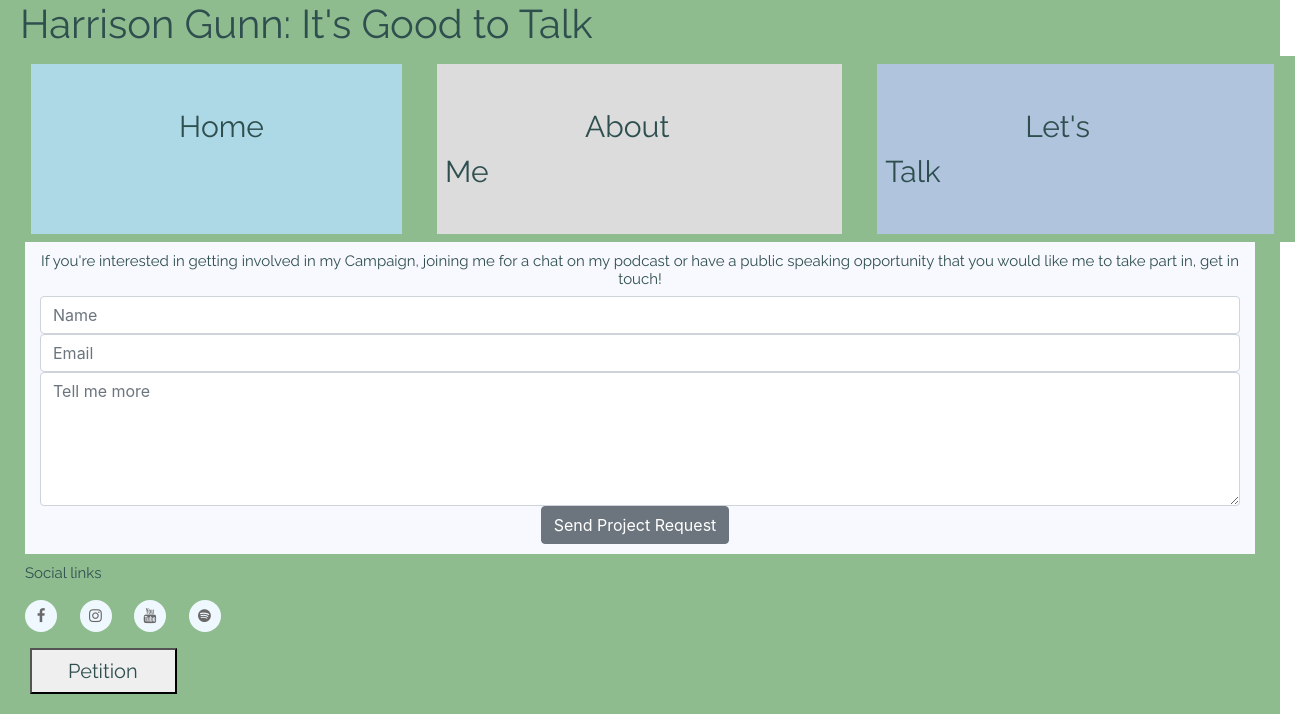
Repository: Leannald13/mile-stone-project-html
Page: contact.html
The author's editor kept a record of every edit. The page is drawn from the files as they stood at one moment, then again after the next edit.
The browser window is 1280 px wide. The page is 1295 px wide, so the pictures cover 1295 px, including what lies to the right of the window. The pictures show the part of the page from y = 500 to 1219 px (the page is 1214 px tall before and 1219 px after).

Above is the page before.

### contact.html
<!DOCTYPE html>
<html lang="en">

<head>
    <meta charset="UTF-8">
    <meta name="viewport" content="width=device-width, initial-scale=1.0">
    <meta http-equiv="X-UA-Compatible" content="ie=edge">
    <link rel="stylesheet" href="https://stackpath.bootstrapcdn.com/bootstrap/4.3.1/css/bootstrap.min.css" type="text/css" />
    <link rel="stylesheet" href="https://cdnjs.cloudflare.com/ajax/libs/hover.css/2.3.1/css/hover-min.css" type="text/css" />
    <link rel="stylesheet" href="https://stackpath.bootstrapcdn.com/font-awesome/4.7.0/css/font-awesome.min.css" type="text/css" />
    <link rel="stylesheet" href="assets/css/style.css" type="text/css" />
    <title>Harrison</title>
</head>

<body>
    <header>
        <div class="row">
            <a href="index.html" class="col-md-12 logo">

            </a>
        </div>

        <div class="container-fluid">
            <div class="row">
                <div class="col-sm-12">
                    <div class="row no-gutters bg-color-name">
                        <div class="col heading">
                            <h1 class="name">Harrison Gunn: It's Good to Talk</h1>
                        </div>
                    </div>
                </div>
                    <nav class="navbar navbar-expand-lg" class="modal" tabindex="-1" role="dialog" id="SignUpModal">
            <button class="navbar-toggler" type="button" data-toggle="collapse" data-target="#navbarSupportedContent" aria-controls="navbarSupportedContent" aria-expanded="false" aria-label="Toggle navigation">
                    <span class="navbar-toggler-icon"></span>
                  </button>
                     <div class="collapse navbar-collapse" id="navbarSupportedContent">
                        <ul class="navbar-nav mr-auto">
                            <li class="nav-item active ui-menu-color-home">
                                <a class="nav-link" href="index.html" class="hvr-Wobble-Horizontal"><span>Home</span></a>
                            </li>
                            <li class="nav-item active ui-menu-color-about">
                                <a class="nav-link" href="general.html" class="hvr-wobble-horizontal"><span>About Me</span></a>
                            </li>
                            <li class="nav-item active ui-menu-color-comments">
                                <a class="nav-link" href="contact.html" class="hvr-wobble-horizontal"><span>Let's Talk</span></a>
                            </li>
                        </ul>
                    </div
                    </nav>
    </header>
    <section class="container-fluid">
        <div class="row bg-color-contact">
            <div class="col">
                <h5 class="uppercase text-center">If you're interested in getting involved in my Campaign, joining me for a chat on my podcast or have a public speaking opportunity that you would like me to take part in, get in touch!</h5>
                <div class="center-form">
                    <form>
                        <form>
                            <input type="text" name="name" id="fullname" class="form-control" placeholder="Name" required/>
                             <input type="email" name="email" id="emailaddress" class="form-control" placeholder="Email" required/>
                             <textarea rows="5" name="summary" id="summary" class="form-control" placeholder="Tell me more" required></textarea>
                            <div class="form-row text-center">
                                <div class="col">
                                    <button type="submit" class="btn btn-secondary">Send Project Request</button>
                                </div>
                            </div>
                        </form>
                    </form>
                </div>
            </div>
        </div>
    <footer>
        <div class="container-fluid">
            <div class="col sm-12">
                <h5 class="uppercase general-sub">Social links</h5>
                <ul class="list-inline social-links">
                    <li class="list-inline-item">
                        <a target="_blank" href="https://www.facebook.com/harrison.gunn.16">
                           <i class="fa fa-facebook" aria-hidden="true"></i>
                           <span class="sr-only">Facebook</span>
                        </a>
                    </li>
                    <li class="list-inline-item">
                        <a target="_blank" href="https://www.instagram.com/harrisongunn_/">
                           <i class="fa fa-instagram" aria-hidden="true"></i>
                           <span class="sr-only">Instagram</span>
                        </a>
                    </li>
                    <li class="list-inline-item">
                        <a target="_blank" href="https://www.youtube.com/channel/UCEPhcVc_ooMeZwhF5X4OEYg">
                           <i class="fa fa-youtube" aria-hidden="true"></i>
                           <span class="sr-only">YouTube</span>
                           </a>
                    </li>
                    <li class="list-inline-item">
                        <a target="_blank" href="spotify:show:1azq4fgMCEafJTPjsGm6tL">
                           <i class="fa fa-spotify" aria-hidden="true"></i>
                           <span class="sr-only">Spotify</span>
                           </a>
                    </li>
            </div>
        </div>
        <button class="list-inline-item-button">
          <a class="navbar-brand" href="https://petition.parliament.uk/petitions/260373">Petition</a>
                        </button>
    </footer>
</body>

</html>

### assets/css/style.css
@import url('https://fonts.googleapis.com/css?family=Raleway&display=swap');


/* -------------------------------------------------------------Heading */

.logo {
    background: url("../images/haribo.jpg");
    background-position: center;
    background-repeat: no-repeat;
    background-size: cover;
    width: 100%;
    height: 500px;
    transition: all .5s;
    display: block;
}

.heading {
    background-color: #8fbc8f !important;
    width: 100%;

}


.bg-color-name {
    font-family: "Raleway", sans-serif;
    color: #2f4f4f;
    text-align: left;
    font-weight: 100;
    width: 100%;

}

.name {
    font-size: 40px;
    padding-left: 20px;
}

/* -------------------------------------------------------------nav bar */


.text-center {
    width: 100%;
}

.container-fluid {
    padding: 0;
    margin: 0;
    width: 100%;
    background-color: #8fbc8f;
}

.nav-link {
    font-size: 30px;
    color: #2f4f4f;
    padding: 40px;

}

.nav-link span {
    padding: 130px;
    text-align: center;
    margin-left: 10px;
}

.nav-item {
    margin-left: 30px;
}


.ui-menu-color-home {
    background-color: #ADD8E6;
    margin-right: 5px;
    font-family: "Raleway", sans-serif;
    color: #2f4f4f;
}

.ui-menu-color-about {
    background-color: #DCDCDC;
    margin-right: 5px;
     font-family: "Raleway", sans-serif;
    color: #2f4f4f;
}

.ui-menu-color-comments {
    background-color: #B0C4DE;
    margin-right: 5px;
    font-family: "Raleway", sans-serif;
    color: #2f4f4f;
}

.navbar-brand {
    padding-left: 30px;
    padding-right: 15px;
    font-family: "Raleway", sans-serif;
    color: #2f4f4f !important;
}


.navbar {
    background-color: #8fbc8f !important;

}



/* -------------------------------------------------------------Section Contact.html */

h5 {
    color: #2f4f4f;
    font-family: "Raleway", sans-serif;
    font-size: 15px;
    font-weight: 400;

}

.bg-color-contact {
    background-color: #F8F8FF;
    padding-top: 10px;
    padding-bottom: 10px;
    margin-left: 25px;
    margin-right: 25px;
}

/* -------------------------------------------------------------Section General.html */

/* -------------------------------------------------------------Footer */

footer {
    background-color: #8fbc8f;
    padding-bottom: 20px;
    width: 100%;

}

.social-links li a i {
    width: 32px;
    height: 32px;
    padding-top: 12px;
    border-radius: 50%;
    font-size: 15px;
    line-height: 7px;
    text-align: center;
    color: #696969 !important;
    background: #f0f8ff;
    background-position: center;
    transition: all 0.35s ease-in-out;
}

.general-sub {
    padding-top: 10px;
    color: #2f4f4f;
    padding-left: 10px;
    padding-bottom: 10px;
}

.list-inline-item {
    padding-left: 10px;
}

.fa fa-facebook {
    padding-left: 5px;
}

.list-inline-item-button {
    margin-left: 30px;
}

After the next edit:
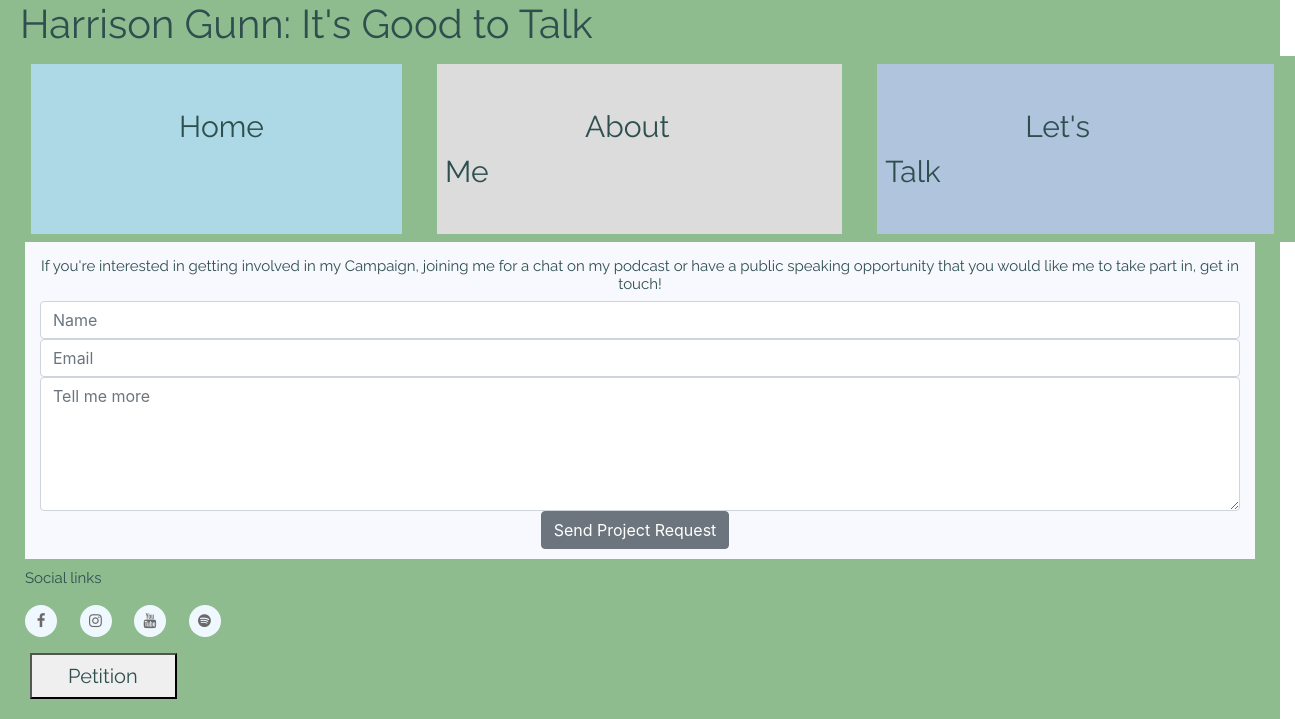
The edit:
--- a/assets/css/style.css
+++ b/assets/css/style.css
@@ -115,7 +115,7 @@
 
 .bg-color-contact {
     background-color: #F8F8FF;
-    padding-top: 10px;
+    padding-top: 15px;
     padding-bottom: 10px;
     margin-left: 25px;
     margin-right: 25px;
